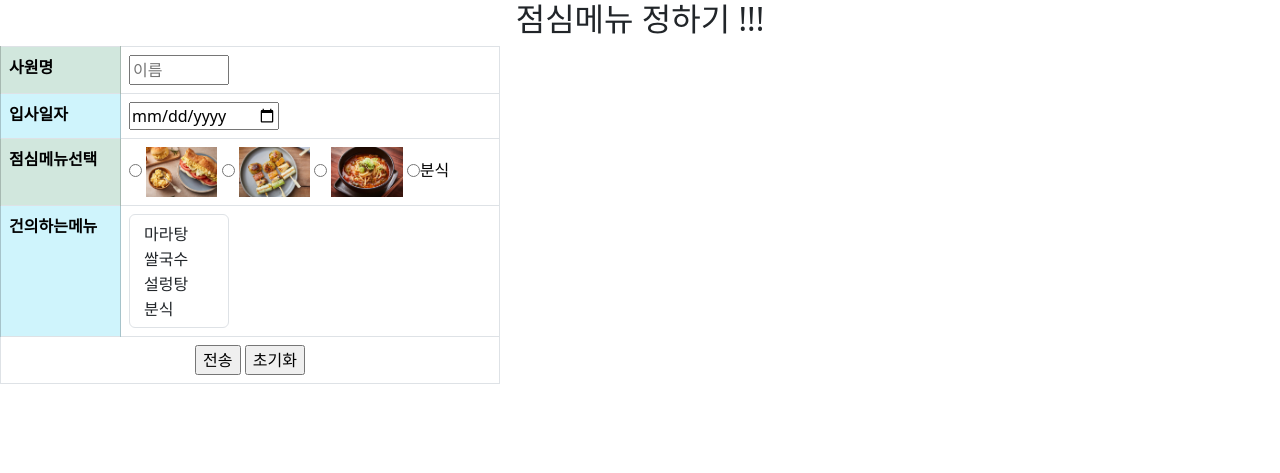
Repository: GANADAG/jspProject
Page: http://localhost/JspProject/day0228_1/qiuzForm_03.jsp
These files come from the project's save history. The page is drawn as it stood at one moment and after the next save; the edit follows.
The browser window is 1280 px wide. The pictures show the whole page.
Some web fonts or font styles are not loaded; a fallback is used. The page is served by Tomcat 9. Other server files are loaded and not shown.

Above is the page before, as saved 2024-02-28 07:56:12.

### JspProject/src/main/webapp/day0228_1/qiuzForm_03.jsp
<%@ page language="java" contentType="text/html; charset=UTF-8"
    pageEncoding="UTF-8"%>
<!DOCTYPE html>
<html>
<head>
<meta charset="UTF-8">
<link href="https://cdn.jsdelivr.net/npm/bootstrap@5.3.2/dist/css/bootstrap.min.css" rel="stylesheet">
<link href="https://fonts.googleapis.com/css2?family=Diphylleia&family=Dongle&family=Noto+Sans+KR:wght@100..900&family=Orbit&family=Stylish&display=swap" rel="stylesheet">
<script src="https://code.jquery.com/jquery-3.7.0.js"></script>

<title>Insert title here</title>

</head>
<body>
	<h2 align="center">점심메뉴 정하기 !!!</h2>
	<form action="quizWrite_03.jsp" method="post">
		<table class="table table-bordered" style="width:500px;">
			<tr>
				<th width="120" class="table-success">사원명</th>
				<td>
					<input type="text" name="name" placeholder="이름" required="required"
		 			style="width:100px">
				</td>
			</tr>

			<tr>
				<th width="120" class="table-info">입사일자</th>
				<td>
					<input type="date" name="date" placeholder="입사일자" required="required"
		 			style="width:150px">
				</td>
			</tr>

			<tr>
		 		<th width="120"  class="table-success">점심메뉴선택</th>
		 		<td>
		 			<input type="radio" name="radio" id="radio1">
		 			 <img src="../image/Food/1.jpg" alt="Food Image"  wigth:"50" height="50"  >
		 			<input type="radio" name="radio" >
		 			<img src="../image/Food/2.jpg" alt="Food Image"  wigth:"50" height="50"  >
		 			<input type="radio" name="radio" >
		 			<img src="../image/Food/3.jpg" alt="Food Image"  wigth:"50" height="50"  >
		 			<input type="radio" name="radio" >분식
		 		</td>
		 	</tr>

		 	<tr>
			<th width="120" class="table-info">건의하는메뉴</th>
			<td>
				<select name="food" class="form-control" style="width:100px;"
				multiple="multiple">
					<option value="마라탕">마라탕</option>
					<option value="쌀국수">쌀국수</option>
					<option value="설렁탕">설렁탕</option>
					<option value="분식">분식</option>
				</select>
			</td>
		</tr>

		 	<tr>
			<td colspan="2" align="center">
			<input type="submit" value="전송">
			<input type="reset" value="초기화">
			</td>
		</tr>
		</table>
	</form>
</body>
</html>

After the next save:
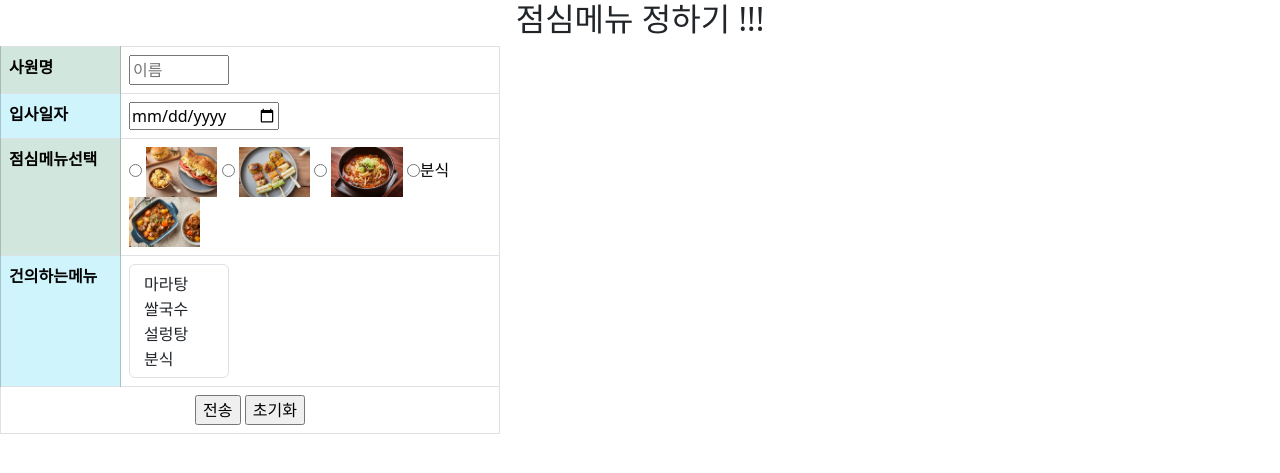
Saved 18 s later.
--- a/JspProject/src/main/webapp/day0228_1/qiuzForm_03.jsp
+++ b/JspProject/src/main/webapp/day0228_1/qiuzForm_03.jsp
@@ -41,6 +41,7 @@
 		 			<input type="radio" name="radio" >
 		 			<img src="../image/Food/3.jpg" alt="Food Image"  wigth:"50" height="50"  >
 		 			<input type="radio" name="radio" >분식
+		 			<img src="../image/Food/4.jpg" alt="Food Image"  wigth:"50" height="50"  >
 		 		</td>
 		 	</tr>
 
